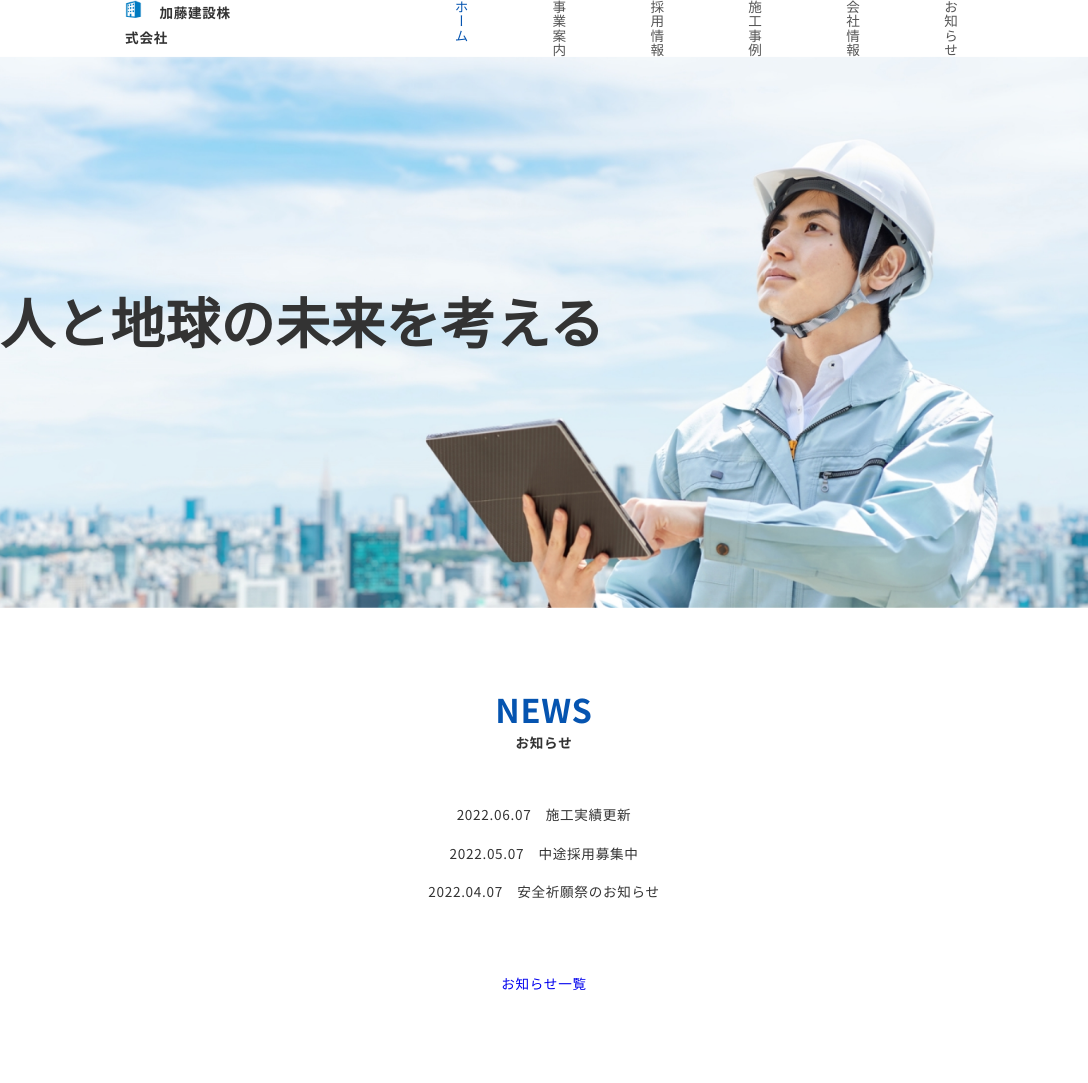
Repository: nozomi-23/hp1_test
Page: index.html
An editor plug-in stored every save of this project. The page is shown before and after the next save, followed by the edit.
The browser window is 1280 px wide. The pictures show the whole page, at 85% of full size.

Above is the page before, as saved 2022-06-12 11:05:47.

### index.html
<!DOCTYPE html>
<html lang="ja">
<head>
<meta charset="UTF-8">
<title>加藤建設 株式会社</title>
<meta name="description" content="人と地球の未来を考える 加藤建設 株式会社">
<meta name="keywords" content="建築,土木,インフラ">
<meta name="viewport" content="width=device-width, initial-scale=1.0">
<meta property="og:title" content="建築依頼なら「加藤建設 株式会社」">
<meta property="og:type" content="article">
<meta property="og:url" content="https://withcode-plus.tech">
<meta property="og:image" content="img/logo.png">
<meta property="og:description" content="確かな技術力が自慢、インフラから地域貢献まで加藤建設にお任せ下さい">
<meta property="og:site_name" content="加藤建設 株式会社">
<link rel="icon" href="img/favicon.ico">
<link rel="apple-touch-icon" sizes="180x180" href="img/logo.png">
<link rel="preconnect" href="https://fonts.googleapis.com">
<link rel="preconnect" href="https://fonts.gstatic.com" crossorigin>
<link href="https://fonts.googleapis.com/css2?family=Noto+Sans+JP:wght@400;500;700&family=Noto+Serif+JP&display=swap"
  rel="stylesheet">
<link rel="stylesheet" type="text/css" href="css/reset.css">
<link rel="stylesheet" type="text/css" href="css/common1.css">
<link rel="stylesheet" type="text/css" href="css/index.css">
</head>
<body>
  <!-- =========header -->
  <header>
    <div class="header_wrapper">
      <div class="header_inner">
        <h1 class="header_left">加藤建設株式会社</h1>
        <nav class="header_right" >
          <ul class="header_list">
            <li><a href="#" class="color">ホーム</a></li>
            <li><a href="html/business.html">事業案内</a></li>
            <li><a href="html/recruit.html">採用情報</a></li>
            <li><a href="html/work.html">施工事例</a></li>
            <li><a href="html/company.html">会社情報</a></li>
            <li><a href="html/news.html">お知らせ</a></li>
          </ul>
        </nav>
      </div>
    </div>
  </header>
  <!-- =========main_view -->
  <main>
    <section class="main_wrapper">
      <div class="main_txt">
        <h3>人と地球の未来を考える</h3>
      </div>
    </section>
    <!-- =========news -->
    <section class="news section">
      <div class="news_wrapper">
        <h2 class="title">NEWS<br>
          <small>お知らせ</small></h2>
        <ul>
          <li>2022.06.07&emsp;施工実績更新</li>
          <li>2022.05.07&emsp;中途採用募集中</li>
          <li>2022.04.07&emsp;安全祈願祭のお知らせ</li>
        </ul>
        <div class="btn">
          <a href="html/news.html">お知らせ一覧</a>
        </div>
      </div>
    </section>
  </main>
</body>
</html>

### css/reset.css
@charset "UTF-8";

html,
body,
div,
span,
object,
iframe,
h1,
h2,
h3,
h4,
h5,
h6,
p,
blockquote,
pre,
abbr,
address,
cite,
code,
del,
dfn,
em,
img,
ins,
kbd,
q,
samp,
small,
strong,
sub,
sup,
var,
b,
i,
dl,
dt,
dd,
ol,
ul,
li,
fieldset,
form,
label,
legend,
table,
caption,
tbody,
tfoot,
thead,
tr,
th,
td,
article,
aside,
canvas,
details,
figcaption,
figure,
footer,
header,
hgroup,
menu,
nav,
section,
summary,
time,
mark,
audio,
video {
  margin: 0;
  padding: 0;
  border: 0;
  outline: 0;
  font-size: 100%;
  vertical-align: baseline;
  background: transparent;
}

body {
  line-height: 1;
}

article,
aside,
details,
figcaption,
figure,
footer,
header,
hgroup,
menu,
nav,
section {
  display: block;
}

nav ul {
  list-style: none;
}

blockquote,
q {
  quotes: none;
}

blockquote:before,
blockquote:after,
q:before,
q:after {
  content: '';
  content: none;
}

a {
  margin: 0;
  padding: 0;
  font-size: 100%;
  vertical-align: baseline;
  background: transparent;
}

/* change colours to suit your needs */
ins {
  background-color: #ff9;
  color: #000;
  text-decoration: none;
}

/* change colours to suit your needs */
mark {
  background-color: #ff9;
  color: #000;
  font-style: italic;
  font-weight: bold;
}

del {
  text-decoration: line-through;
}

abbr[title],
dfn[title] {
  border-bottom: 1px dotted;
  cursor: help;
}

table {
  border-collapse: collapse;
  border-spacing: 0;
}

/* change border colour to suit your needs */
hr {
  display: block;
  height: 1px;
  border: 0;
  border-top: 1px solid #cccccc;
  margin: 1em 0;
  padding: 0;
}

input,
select {
  vertical-align: middle;
}

### css/common1.css
@charset "UTF-8";

body {
  color: #333;
  letter-spacing: 0.05em;
  line-height: 1.8;
  font-family: 'Noto Sans JP', sans-serif ,'Noto Serif JP',
  serif;
}
li {
  list-style: none;
}

a {
  text-decoration: none;
}
.section {
  margin: 8% 0;
}


/* タイトル */
.title {
  color: #0554B0;
  font-weight: bold;
  font-size: 2.4rem;
  line-height: 0.8;
}
.news_wrapper small {
  font-size: 1rem;
  color: #333;
}

### css/index.css
@charset "UTF-8";

/* =================
header
===================*/
.header_wrapper {
  display: flex;
  justify-content: center;
}
.header_inner {
  width: 77%;
  display: flex;
  justify-content: space-between;

}
.header_list {
  display: table;
}
.header_list li {
  display: table-cell;
  writing-mode: vertical-rl;
}
.header_list li a {
  color: #555;
}
.header_list li a:hover {
  opacity: 0.5;
}
.header_list li a.color {
  color: #0554B0;
}

.header_left::before {
  content: "";
  background: url(../img/name_icon.png) no-repeat ;
  background-size: contain;
  width: 30%;
  height: 30%;
  z-index: 1;
  display: inline-block;
}

/* =================
main_view
===================*/
.main_wrapper {
  background: url(../img/top_img.png)no-repeat center;
  background-size: cover;
  width: 100%;
  height: 90vh;
}
.main_txt {
  font-size: 4rem;
  font-weight: normal;
  font-family: 'Noto Serif JP';
  position: relative;
  top: 40%;
}
/* =================
news
===================*/
.news {
  text-align: center;
}
.news_wrapper ul{
  padding: 5%;
}
.news_wrapper ul li {
  margin-bottom: 1rem;
}

After the next save:
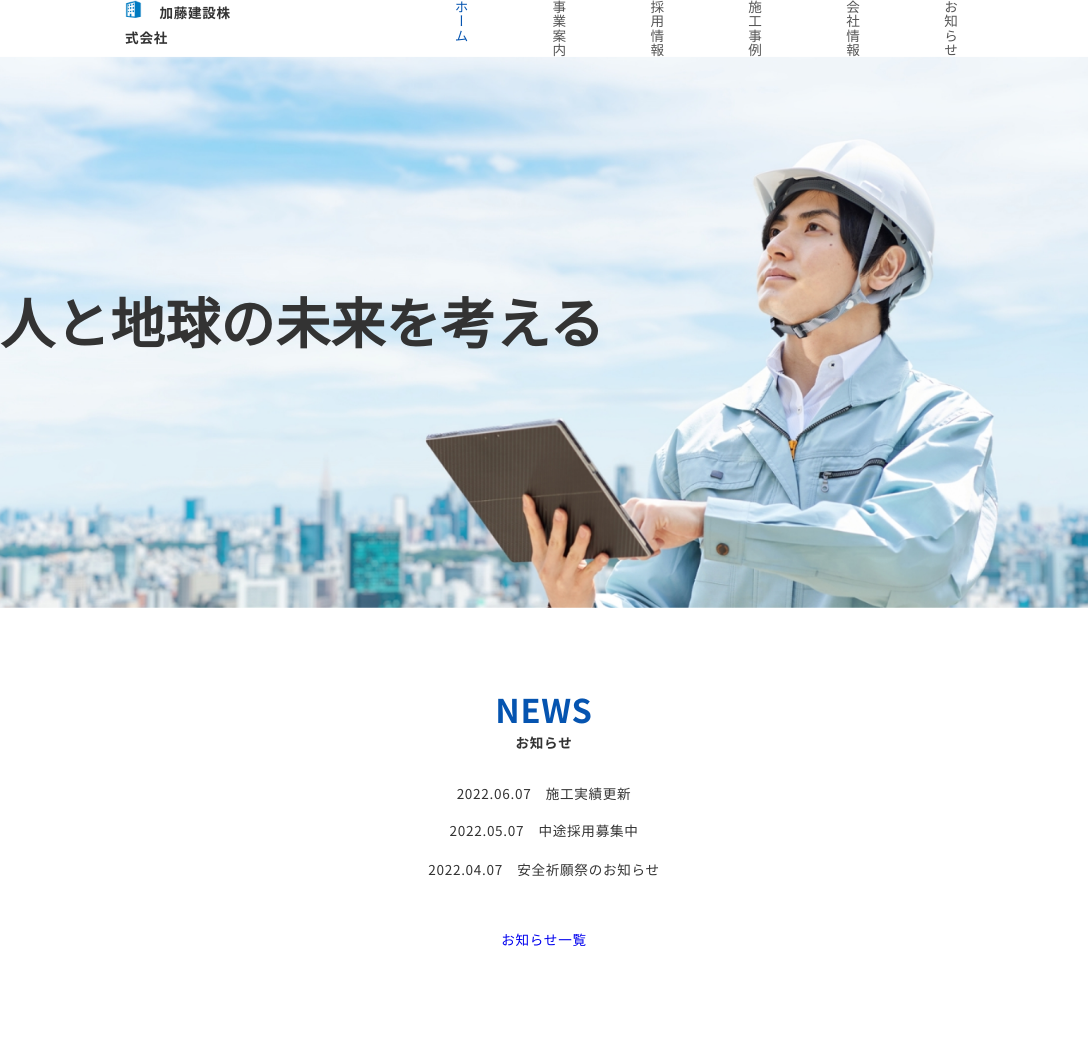
Saved 16 s later.
--- a/css/index.css
+++ b/css/index.css
@@ -63,7 +63,7 @@ news
   text-align: center;
 }
 .news_wrapper ul{
-  padding: 5%;
+  padding: 3%;
 }
 .news_wrapper ul li {
   margin-bottom: 1rem;
